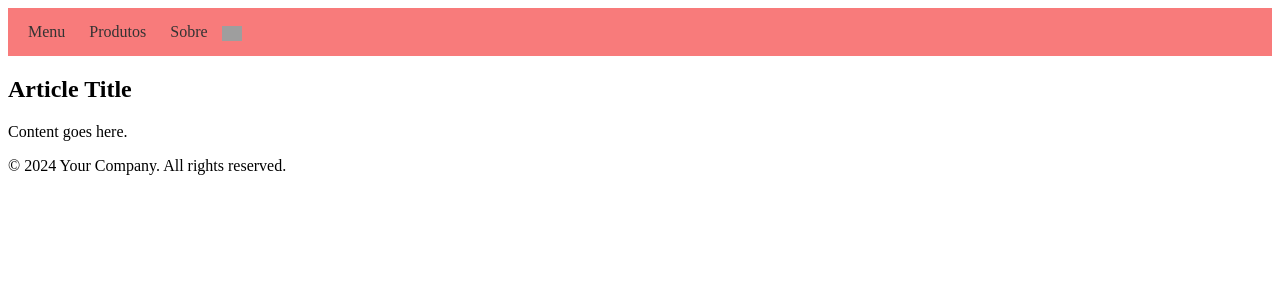
Repository: rafael-beeb/blog-not
Page: myblog/html/index.html
An editor plug-in stored every save of this project. The page is shown before and after the next save, followed by the edit.
The browser window is 1280 px wide. The pictures show the whole page.
Pictures or frames that could not be fetched are drawn as grey boxes.

Above is the page before, as saved 2024-09-19 09:16:08.

After the next save:
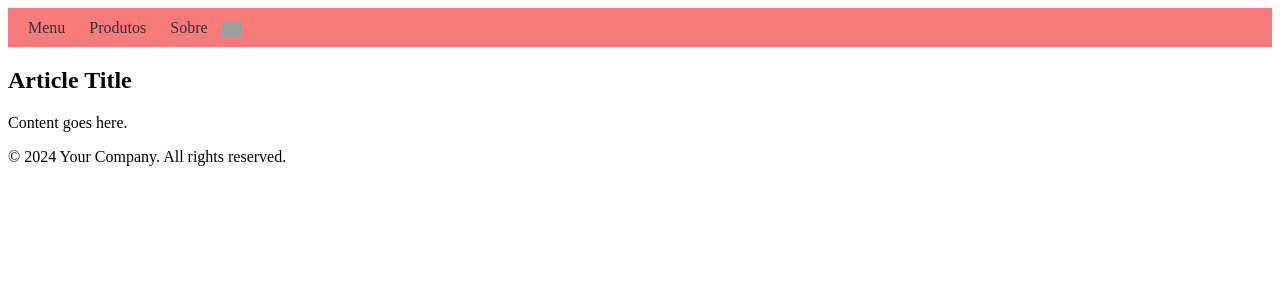
Saved 39 s later.
--- a/myblog/css/styles.css
+++ b/myblog/css/styles.css
@@ -1,10 +1,10 @@
 nav {
     background-color: #f87b7b; /* Example background color */
     padding: 10px; /* Add some padding */
+
 }
 
 nav a {
-    display: inline-flex;
     text-decoration: none;
     padding: 5px 10px; /* Space around the links */
     color: #333; /* Link color */
@@ -19,5 +19,5 @@
 nav img{
     width: 20px;
     transform: translateY(4px);
-    text-align: end;
+    display: ;
 }

After the save that followed:
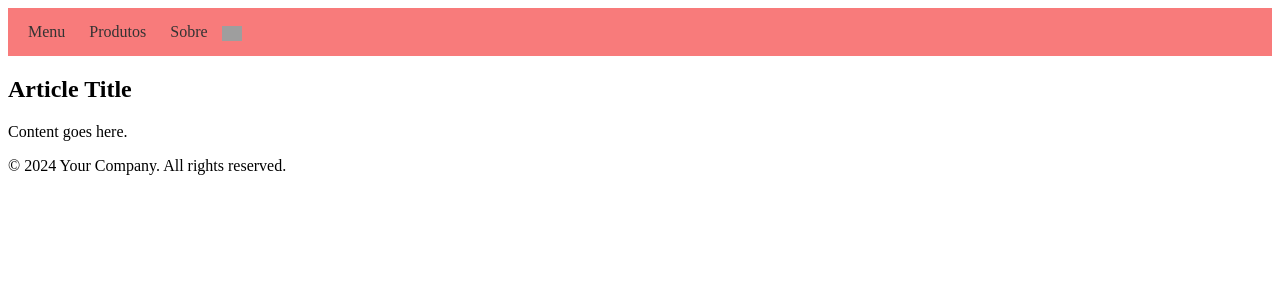
Saved 9 s later.
--- a/myblog/css/styles.css
+++ b/myblog/css/styles.css
@@ -1,14 +1,13 @@
 nav {
     background-color: #f87b7b; /* Example background color */
     padding: 10px; /* Add some padding */
-
 }
 
 nav a {
+    display: inline-flex;
     text-decoration: none;
     padding: 5px 10px; /* Space around the links */
     color: #333; /* Link color */
-    justify-content: end;
 }
 
 nav a:hover {
